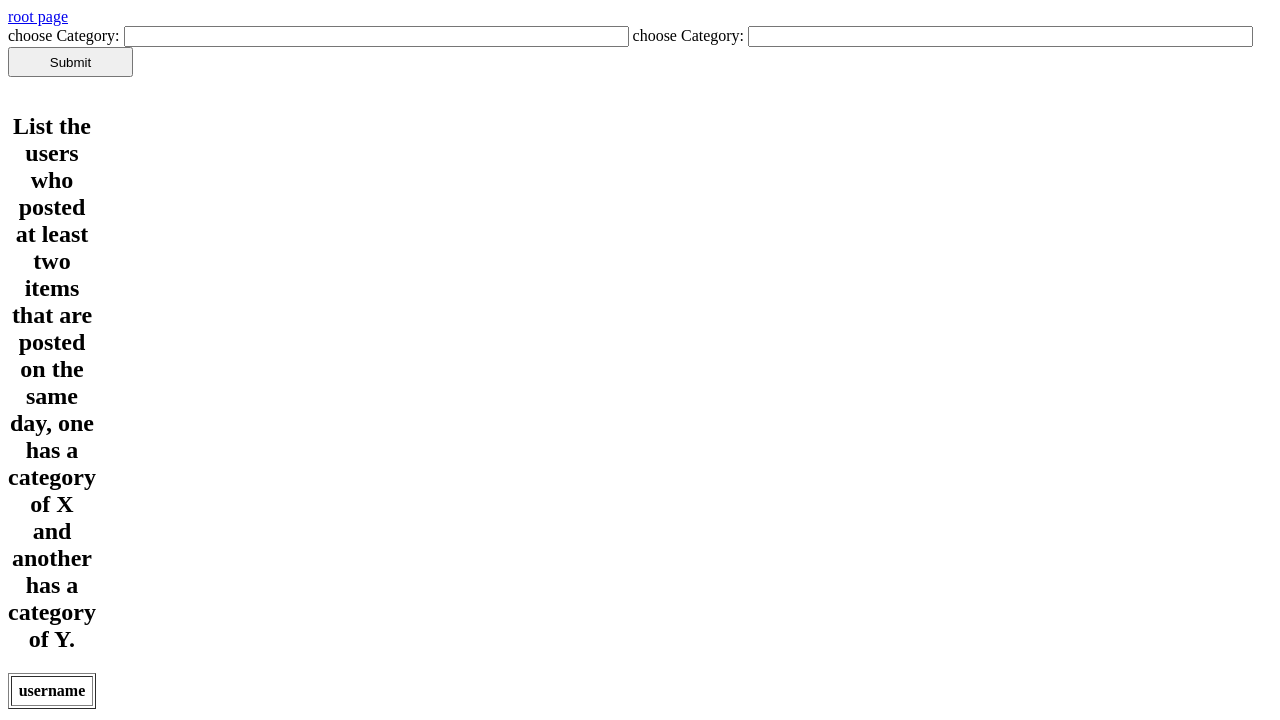
Repository: HamdanM/DatabaseProject
Page: http://localhost/DB3/Displaynum2.jsp
The author's editor kept a copy of each file at every save. The page is drawn from the files as they stood at one save, then again after the next save.
The browser window is 1280 px wide. The pictures show the whole page.
The page is served by Tomcat 9. Nobody is signed in. The application's start-up code is not run. The template is opened directly, without the code that normally fills it, so the values that code supplies are empty.

Above is the page before, as saved 2019-07-27 23:24:22.

After the next save:
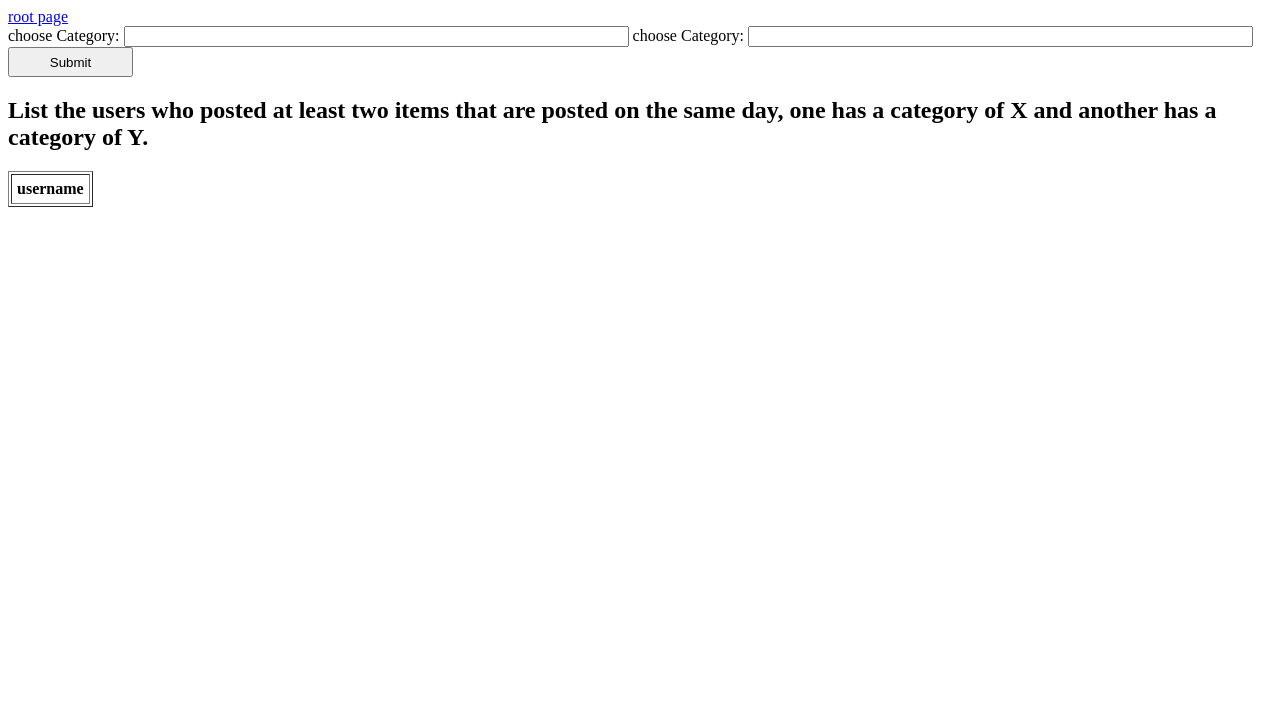
Saved 28 s later.
--- a/DB3/WebContent/Displaynum2.jsp
+++ b/DB3/WebContent/Displaynum2.jsp
@@ -25,8 +25,9 @@
  </form>
 
   <div >
+              <h2>List the users who posted at least two items that are posted on the same day, one has a category of X and another has a category of Y. </h2>
+
         <table border="1" cellpadding="5">
-            <caption><h2>List the users who posted at least two items that are posted on the same day, one has a category of X and another has a category of Y. </h2></caption>
             <tr>
 
                 <th>username</th>
